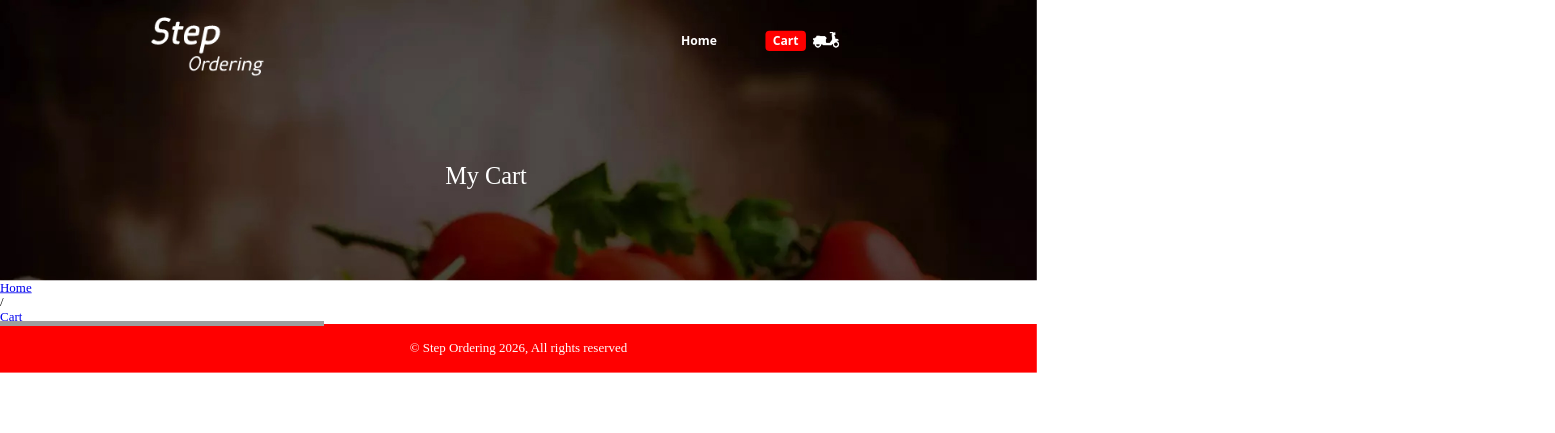
Repository: anastasia29-step/OnlineRestaurant
Page: Cart.html
These files come from the project's save history. The page is drawn as it stood at one moment and after the next save; the edit follows.
The browser window is 1280 px wide. The page is 1280 px wide, then 1920 px, so the pictures cover 1920 px, including what lies to the right of the window. The pictures show the whole page, at 81% of full size.
Pictures or frames that could not be fetched are drawn as grey boxes.

Above is the page before, as saved 2026-03-11 20:13:06.

After the next save:
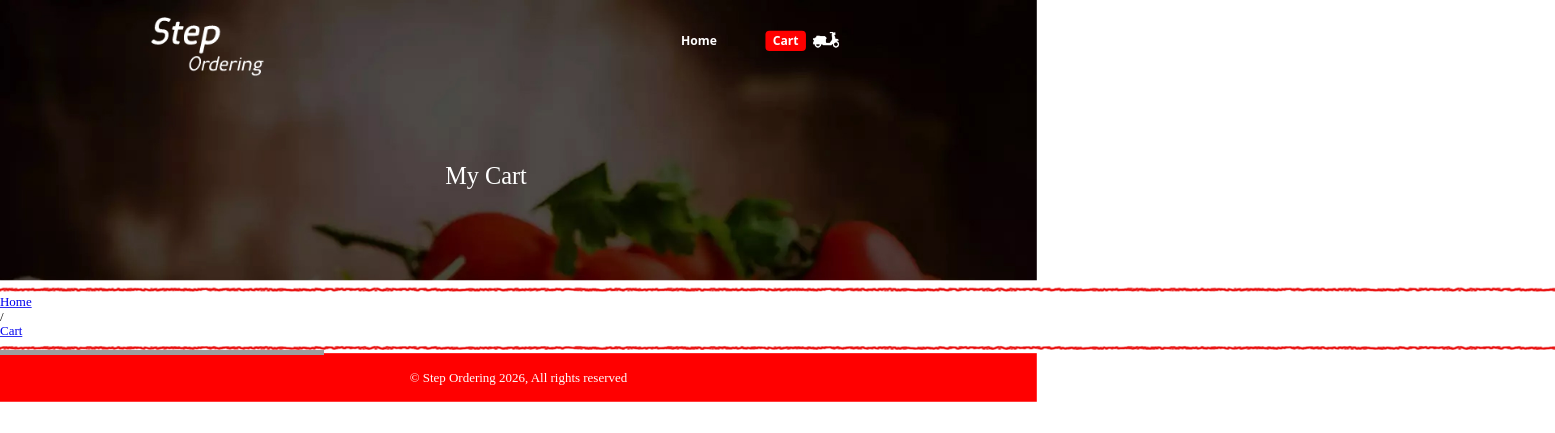
Saved 34 s later.
--- a/Cart.html
+++ b/Cart.html
@@ -30,9 +30,11 @@
     </section>
 
     <section>
+        <img src="./photo/border.png" alt="">
         <a href="./index.html">Home</a>
         <p>/</p>
         <a href="./Cart.html">Cart</a>
+        <img src="./photo/border.png" alt="">
     </section>
 
     <footer>
